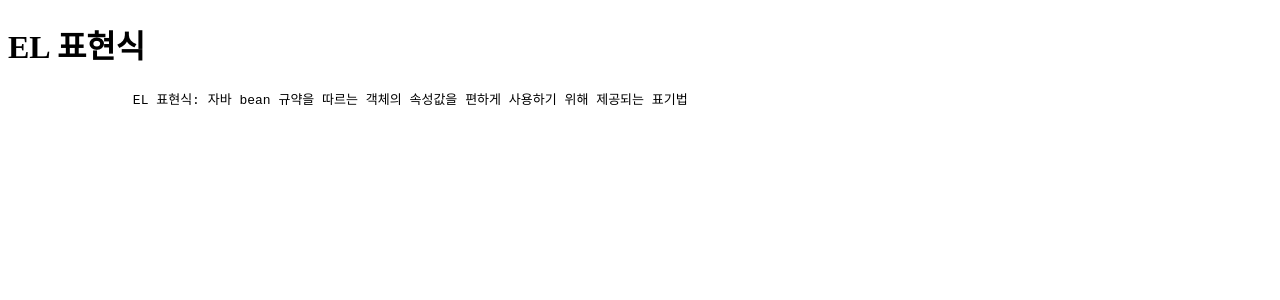
Repository: vaynel/StudyFile
Page: http://localhost/spring04_jsp/WEB-INF/views/el-jstl/el.jsp
These files come from the project's save history. The page is drawn as it stood at one moment and after the next save; the edit follows.
The browser window is 1280 px wide. The pictures show the whole page.
The page is served by Tomcat 9. Nobody is signed in. Other server files are loaded and not shown. The template is opened directly, without the code that normally fills it, so the values that code supplies are empty.

Above is the page before, as saved 2023-01-19 07:46:23.

### H_spring/spring04_jsp/WebContent/WEB-INF/views/el-jstl/el.jsp
<%@ page language="java" contentType="text/html; charset=UTF-8"
    pageEncoding="UTF-8"%>
<!DOCTYPE html>
<html>
<head>
<meta charset="UTF-8">
<title>Insert title here</title>
</head>
<body>
	<h1>EL 표현식</h1>
	<pre>
		EL 표현식: 자바 bean 규약을 따르는 객체의 속성값을 편하게 사용하기 위해 제공되는 표기법


	</pre>



</body>
</html>

After the next save:
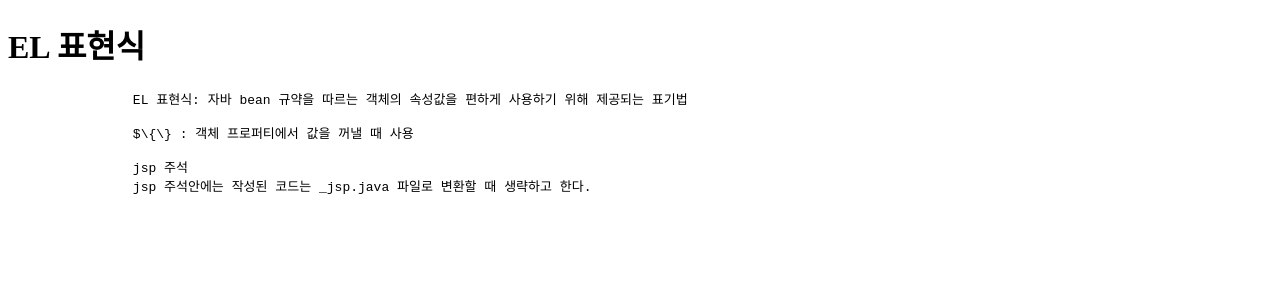
Saved 2 min 57 s later.
--- a/H_spring/spring04_jsp/WebContent/WEB-INF/views/el-jstl/el.jsp
+++ b/H_spring/spring04_jsp/WebContent/WEB-INF/views/el-jstl/el.jsp
@@ -11,6 +11,11 @@
 	<pre>
 		EL 표현식: 자바 bean 규약을 따르는 객체의 속성값을 편하게 사용하기 위해 제공되는 표기법
 
+		$\{\} : 객체 프로퍼티에서 값을 꺼낼 때 사용
+
+		jsp 주석 <%-- --%>
+		jsp 주석안에는 작성된 코드는 _jsp.java 파일로 변환할 때 생략하고 한다.
+
 
 	</pre>
 
